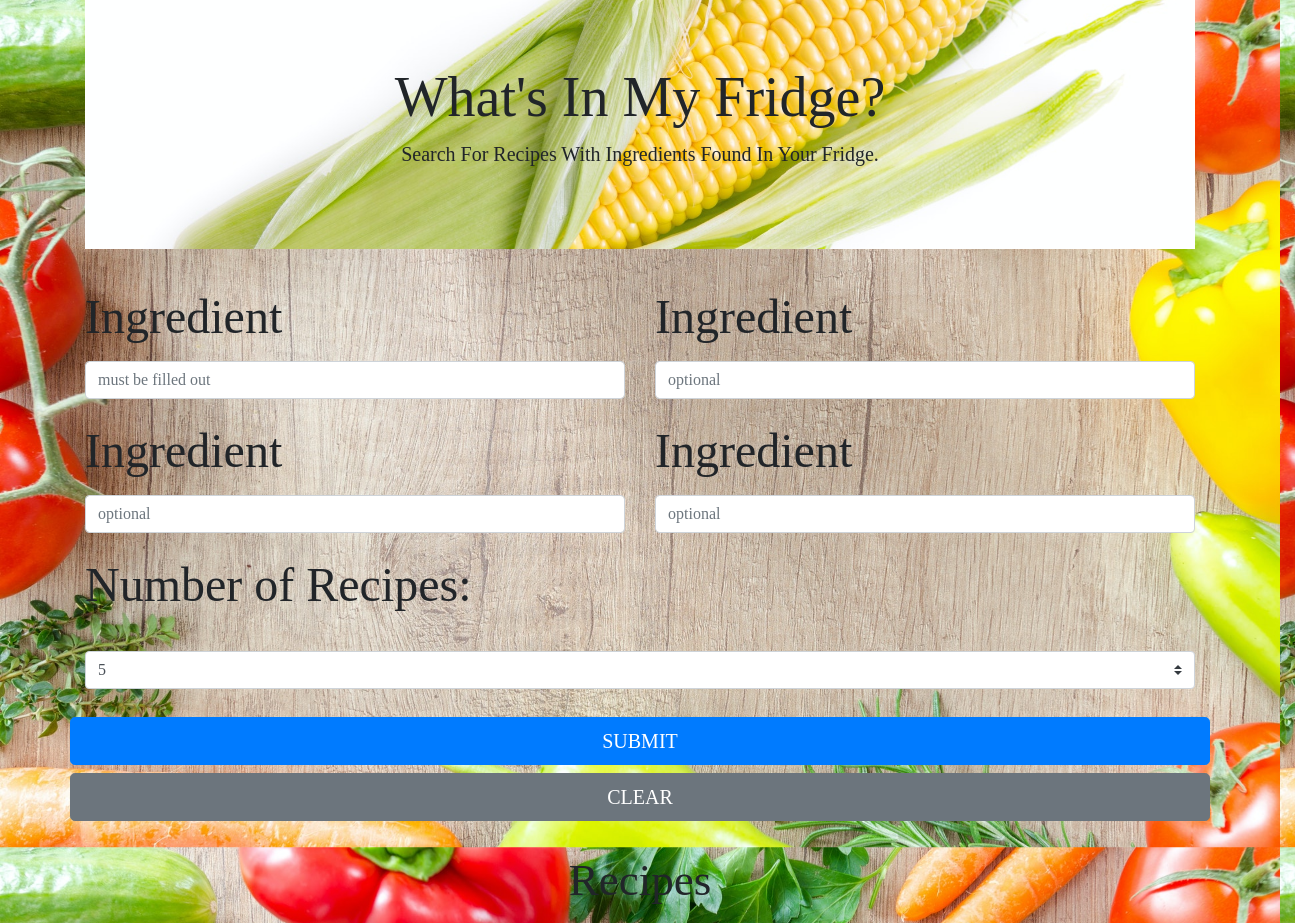
Repository: ogipajic/Recipe_API
Page: index.html
These files come from the project's save history. The page is drawn as it stood at one moment and after the next save; the edit follows.
The browser window is 1280 px wide. The page is 1295 px wide, so the pictures cover 1295 px, including what lies to the right of the window. The pictures show the whole page.
Backgrounds fixed to the window are drawn as part of the page. Some web fonts or font styles are not loaded; a fallback is used.

Above is the page before, as saved 2020-07-09 21:44:01.

After the next save:
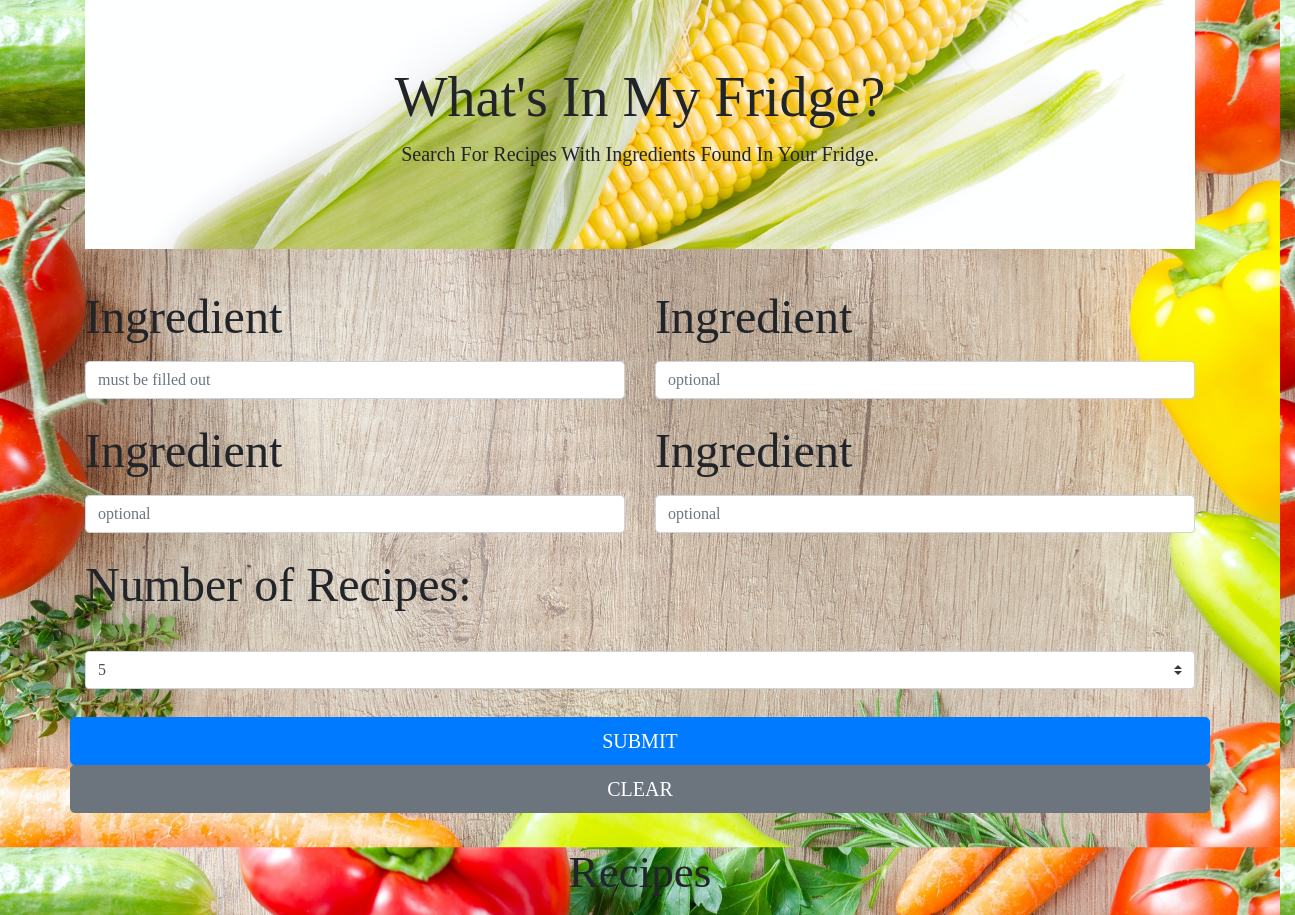
Saved 18 min 56 s later.
--- a/index.html
+++ b/index.html
@@ -82,7 +82,9 @@
 
         <div class="row">
             <!--Using type="submit" allows the user to hit enter as well as click submit-->
+
             <button type="submit" id="recipeBtn" class="btn btn-primary btn-lg btn-block">SUBMIT</button>
+            <p id="result"></p>
             <button type="button" id="clearBtn" class="btn btn-secondary btn-lg btn-block">CLEAR</button>
             </div>
         </div>
@@ -93,7 +95,9 @@
             <div class="panel panel-default">
                 <div class="panel-heading">
                     <h3 class="panel-title">Recipes</h3>
-                      <ul id="recipes"></ul>
+                      <div class="results">
+                        <ul class="results_list"></ul>
+                      </div>
                 </div>
                 <div class="panel-body">
                     <div class="well">
